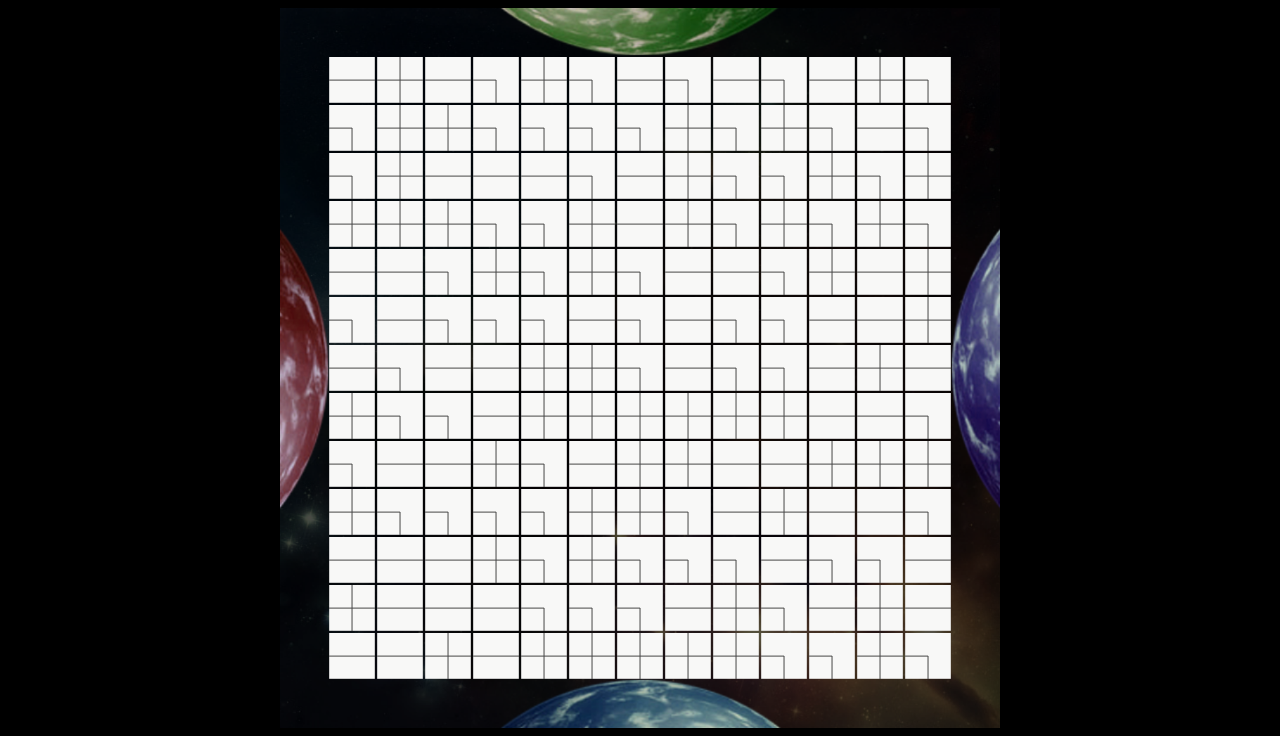
Repository: hanamj/phaser1
Page: index.html
The author's editor kept a record of every edit. The page is drawn from the files as they stood at one moment, then again after the next edit.
The browser window is 1280 px wide. The pictures show the whole page.

Above is the page before.

After the next edit:
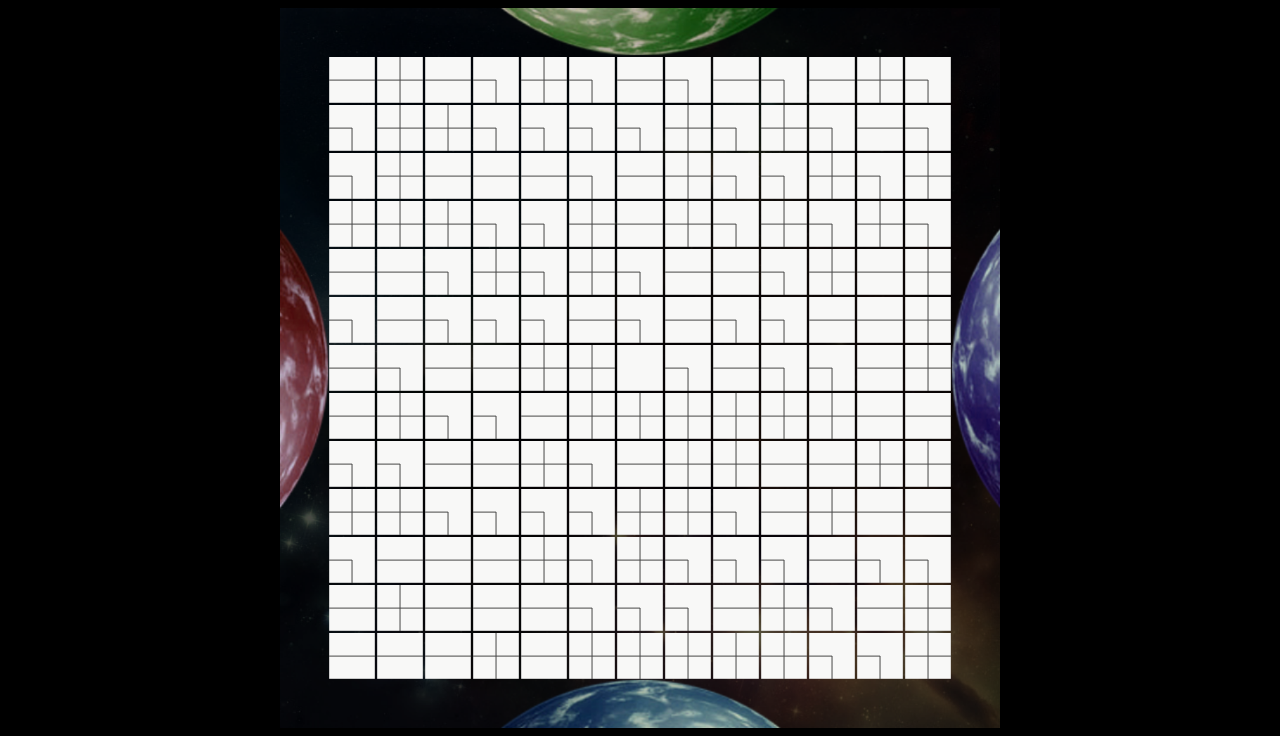
The edit:
--- a/main.js
+++ b/main.js
@@ -16,7 +16,11 @@
             for (var j = 0; j<13; j++) {
                 var s = this.squares.getFirstDead();
                 s.anchor.setTo(0.5, 0.5);
-                s.frame = game.rnd.integerInRange(0, 2);
+                if ((i==6) && (j==6)) {
+
+                } else {
+                    s.frame = game.rnd.integerInRange(0, 2);
+                }
                 s.inputEnabled = true;
                 s.events.onInputDown.add(this.click, s);
                 s.reset((48*j)+72, (48*i)+72);
